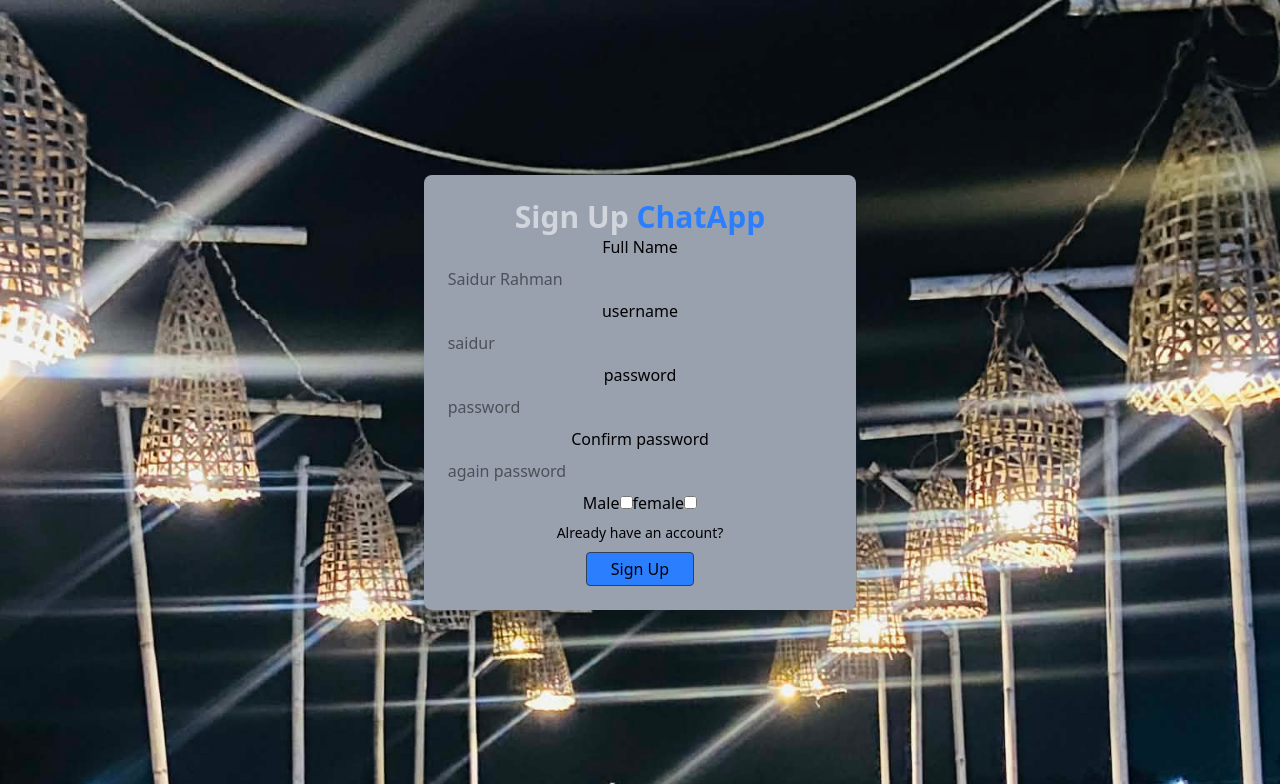
Repository: ridhukhan/chatapp
Page: / (app in frontend/)
These files come from the project's save history. The page is drawn as it stood at one moment and after the next save; the edit follows.
The browser window is 1280 px wide. The pictures show the whole page.
Backgrounds fixed to the window are drawn as part of the page. The project was rebuilt for these pictures with package versions that can differ from the ones it lists, and the page was loaded fresh each time. Also part of the build but not shown: frontend/vite.config.js, frontend/src/Pages/login/Login.jsx.

Above is the page before, as saved 2025-12-25 13:55:22.

After the next save:
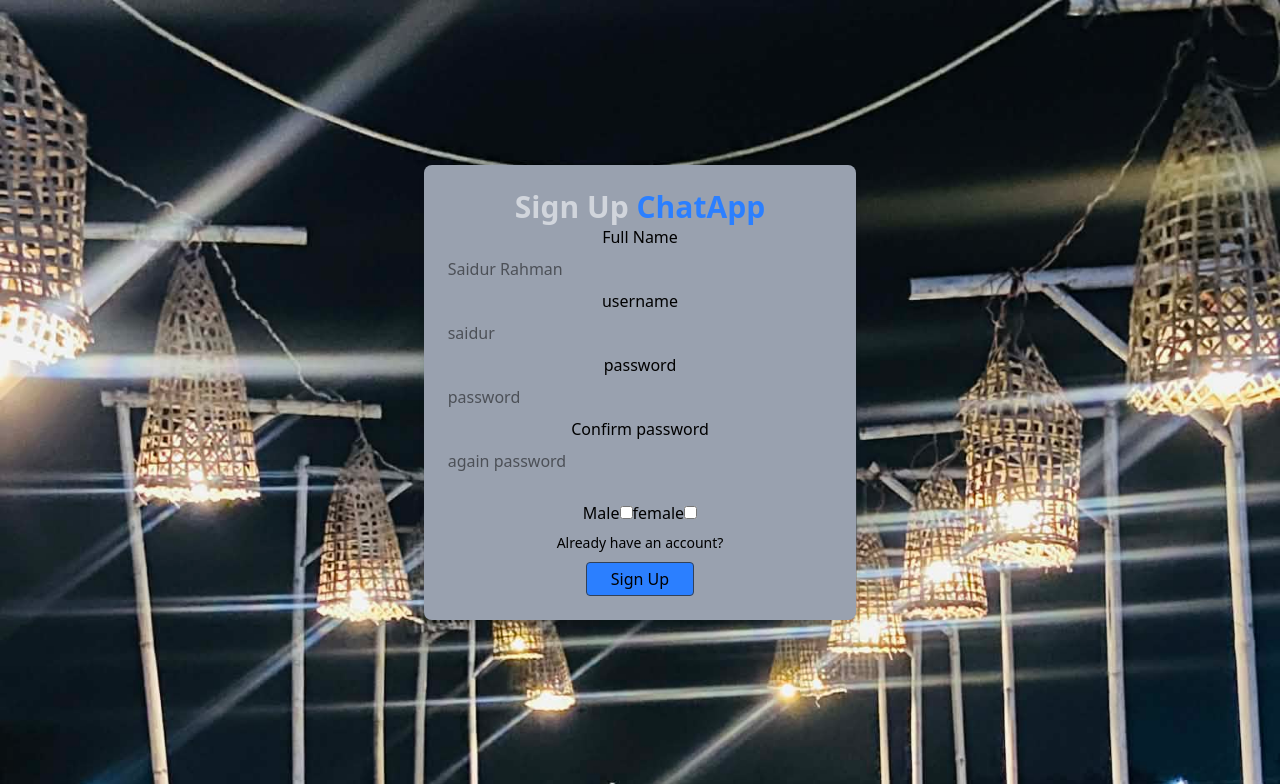
Saved 16 s later.
--- a/frontend/src/Pages/signup/GendarCheckbox.jsx
+++ b/frontend/src/Pages/signup/GendarCheckbox.jsx
@@ -2,7 +2,7 @@
 
 const GendarCheckbox = () => {
   return (
-    <div className='flex justify-center'>
+    <div className='flex justify-center mt-5'>
 <div>
   <label>
     <span>Male</span>
